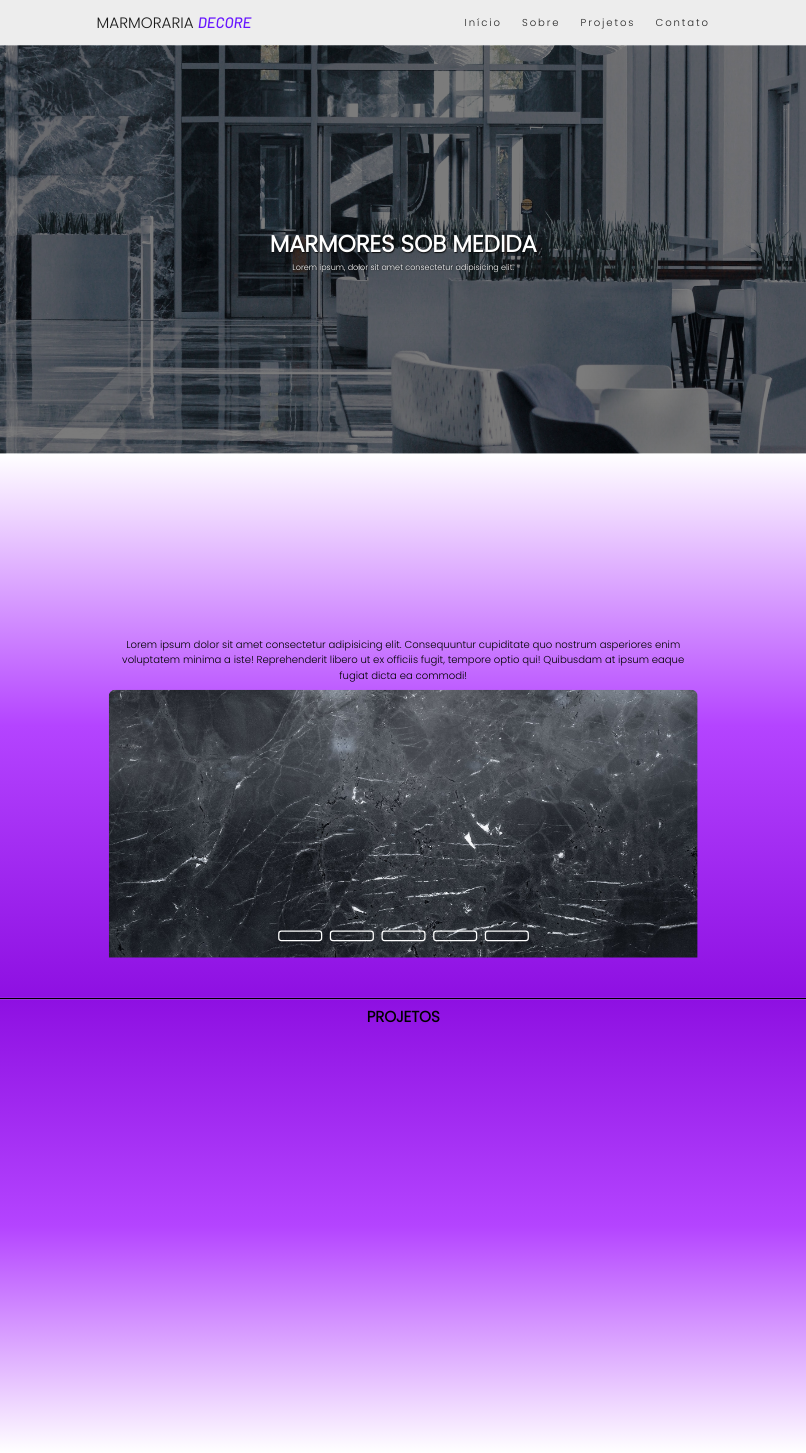
Repository: XFERRER7/projeto-xt7
Page: projetoMarmoraria/index.html
These files come from the project's save history. The page is drawn as it stood at one moment and after the next save; the edit follows.
The browser window is 1280 px wide. The pictures show the whole page, at 63% of full size.

Above is the page before, as saved 2022-04-21 17:09:36.

### projetoMarmoraria/index.html
<!DOCTYPE html>
<html lang="pt-br">

<head>
  <meta charset="UTF-8">
  <meta http-equiv="X-UA-Compatible" content="IE=edge">
  <meta name="viewport" content="width=device-width, initial-scale=1.0">
  <title>Marmoraria Decore</title>
  <link rel="stylesheet" href="css/style.css">

</head>

<body>
  <header>
    <nav>
      <a class="logo" href="#">MARMORARIA <span id="decore">DECORE</span></a>
      <div class="mobile-menu">
        <div class="line1"></div>
        <div class="line2"></div>
        <div class="line3"></div>
      </div>
      <ul class="nav-list">
        <li><a href="#">Início</a></li>
        <li><a href="#">Sobre</a></li>
        <li><a href="#">Projetos</a></li>
        <li><a href="#">Contato</a></li>
      </ul>
    </nav>
    <div class="hero-section">
      <div class="hero-section-text">
        <h1 id="titulo-header">MARMORES SOB MEDIDA</h1>
        <p id="paragrafo-header">Lorem ipsum, dolor sit amet consectetur adipisicing elit.</p>
      </div>
    </div>
  </header>
  <main>
    <section class="section-a">

    </section>

    <div id="divisa"></div>

    <section class="section-b">
      <h1 id="section-a-h1">PROJETOS</h1>
      <div class="content">
        <p class="desc" id="descricao">Lorem ipsum dolor sit amet consectetur adipisicing elit. Consequuntur cupiditate quo nostrum asperiores enim voluptatem minima a iste! Reprehenderit libero ut ex officiis fugit, tempore optio qui! Quibusdam at ipsum eaque fugiat dicta ea commodi!</p>
        <div class="slides">
          <input type="radio" name="slide" id="slide1" checked>
          <input type="radio" name="slide" id="slide2">
          <input type="radio" name="slide" id="slide3">
          <input type="radio" name="slide" id="slide4">
          <input type="radio" name="slide" id="slide5">
          <div class="slide s1">
            <img src="./img/2.jpg" alt="img-1">
          </div>
          <div class="slide">
            <img src="./img/1.jpg" alt="img-2">
          </div>
          <div class="slide">
            <img src="./img/3.jpg" alt="img-3">
          </div>
          <div class="slide">
            <img src="./img/4.jpg" alt="img-4">
          </div>
          <div class="slide">
            <img src="./img/5.jpg" alt="img-5">
          </div>
        </div>
        <div class="navigation">
          <!-- Aqui ficará os labels para selecionar os inputs das imagens-->
          <label class="bar" id="lbl1" for="slide1" onclick="mudarTextoLbl1()"></label>
          <label class="bar" id="lbl2" for="slide2" onclick="mudarTextoLbl2()"></label>
          <label class="bar" id="lbl3" for="slide3" onclick="mudarTextoLbl3()"></label>
          <label class="bar" id="lbl4" for="slide4" onclick="mudarTextoLbl4()"></label>
          <label class="bar" id="lbl5" for="slide5" onclick="mudarTextoLbl5()"></label>
        </div>
      </div>
    </section>

  </main>




  <script src="js/menu-bar.js"></script>
  <script src="js/changeText.js"></script>

  <footer>

  </footer>
</body>

</html>

### projetoMarmoraria/css/style.css
@import url('https://fonts.googleapis.com/css2?family=Poppins:ital,wght@0,300;1,100&display=swap');
@import url('https://fonts.googleapis.com/css2?family=Barlow:ital,wght@1,500&display=swap');
* {
    margin: 0;
    padding: 0;
    box-sizing: border-box;
    font-family: 'Poppins', sans-serif;
}

::-webkit-scrollbar {
  width: 15px;
}

::-webkit-scrollbar-track {
  background: #ffffff;

}

::-webkit-scrollbar-thumb {
  background: rgb(154, 2, 255);
  border-radius: 3px;
}

/*----------------------------------MENU-BAR----------------------------------*/
a {
  color: rgb(37, 37, 37);
  text-decoration: none;
  transition: 0.8s;
}

a:hover {
  color: blue;
  opacity: 0.7;
}

.logo {
  font-size: 1.5em;
  text-transform: uppercase;
  color: rgb(26, 26, 26);
}

#decore {
  font-family: 'Barlow', sans-serif;
  color: #6817ff;
}

nav {
  display: flex;
  justify-content: space-around;
  align-items: center;
  font-family: 'Poppins', sans-serif;
  background: #ededed;
  height: 10vh;
}


.nav-list {
  list-style: none;
  display: flex;
}

.nav-list li {
  letter-spacing: 3px;
  margin-left: 32px;
}

.mobile-menu {
  display: none;
  cursor: pointer;
}

.mobile-menu div {
  width: 32px;
  height: 2px;
  background: rgb(20, 24, 255);
  margin: 8px;
  transition: 0.3s;
}

@media (max-width: 999px) {
  body {
    overflow-x: hidden;
  }

  .logo {
    font-size: 1.8rem;
  }

  .nav-list {
    overflow-x: hidden;
    position: fixed;
    top: 10vh;
    right: 0;
    width: 50vw;
    height: 40vh;
    background: #ededed;
    flex-direction: column;
    align-items: center;
    justify-content: space-around;
    transform: translateX(100%);
    transition: transform 0.3s ease-in;
  }
  .nav-list li {
    margin-left: 0;
    opacity: 0;
  }
  .mobile-menu {
    display: block;
  }
}

.nav-list.active {
  transform: translateX(0);
}

@keyframes navLinkFade {
  from {
    opacity: 0;
    transform: translateX(50px);
  }
  to {
    opacity: 1;
    transform: translateX(0);
  }
}

.mobile-menu.active .line1 {
  transform: rotate(-45deg) translate(-8px, 8px);
}

.mobile-menu.active .line2 {
  opacity: 0;
}

.mobile-menu.active .line3 {
  transform: rotate(45deg) translate(-5px, -7px);
}

/*------------------------------IMAGEM DO HEADER------------------------------*/
.hero-section {
  background-image: linear-gradient(to bottom, rgba(0, 0, 0, 0.516),rgba(0, 0, 0, 0.516)), url(../img/img-header.jpg);
  background-position: 50%;
  background-repeat: no-repeat;
  background-size: cover;
  height: 90vh;
  text-align: center;
  display: -webkit-flex;
  display: -ms-flexbox;
  display: flex;
  -webkit-align-items: center;
      -ms-flex-align: center;
          align-items: center;
  -webkit-justify-content: center;
      -ms-flex-pack: center;
          justify-content: center;
}

#titulo-header {
  font-size: 2.3rem;
}

#paragrafo-header {
  font-size: 0.8rem;
}

.hero-section .hero-section-text {
  color: #fefefe;
  text-shadow: 1px 1px 2px #0a0a0a;
}


main {
  margin: 0;
  padding: 0;
  height: 150vh;
  width: 100%;
  position: absolute;
}

/*------------------------------------Sobre------------------------------------*/



















/*------------------------------Slider de imagens------------------------------*/

.section-a {
  height: 120vh;
  background-image: linear-gradient(to bottom, #fff, rgb(180, 68, 255), rgb(142, 16, 226));
  position: relative;
}

#section-a-h1 {
  text-align: center;
  padding-top: 10px;
}

.content {
  height: 520px;
  width: 935px;
  overflow: hidden;
  position: absolute;
  top: 50%;
  left: 50%;
  transform: translate(-50%, -50%);
}

.desc {
  text-align: center;
  padding: 10px;
}

.navigation {
  position: absolute;
  bottom: 20px;
  left: 50%;
  transform: translate(-50%);
  display: flex;
}

.bar {
  width: 70px;
  height: 17px;
  border: 2px solid rgb(255, 255, 255);
  margin: 6px;
  border-radius: 5px;
  cursor: pointer;
  transition: .4s;
}

.bar:hover {
  background: #fff;
}

input {
  display: none;
}

.slides {
  display: flex;
  width: 500%;
  height: 100%;
}

.slide {
  width: 20%;
  transition: .6s;
}

.slide img {
  width: 100%;
  height: 100%;
  border-radius: 10px;
}

#slide1:checked ~ .s1 {
  margin-left: 0;
}

#slide2:checked ~ .s1 {
  margin-left: -20%;
}

#slide3:checked ~ .s1 {
  margin-left: -40%;
}

#slide4:checked ~ .s1 {
  margin-left: -60%;
}

#slide5:checked ~ .s1 {
  margin-left: -80%;
}

@media (max-width: 999px) {

  .content {
    margin-top: -350px;
    width: 100%;

  }



}

#divisa {
  height: 2px;
  background-color: #000000;
}

.section-b {
  height: 100vh;
  background-image: linear-gradient(to top, #fff, rgb(180, 68, 255), rgb(142, 16, 226));
}

### projetoMarmoraria/js/menu-bar.js
class MobileNavbar {
  constructor(mobileMenu, navList, navLinks) {
    this.mobileMenu = document.querySelector(mobileMenu);
    this.navList = document.querySelector(navList);
    this.navLinks = document.querySelectorAll(navLinks);
    this.activeClass = "active";

    this.handleClick = this.handleClick.bind(this);
  }

  animateLinks() {
    this.navLinks.forEach((link, index) => {
      link.style.animation
        ? (link.style.animation = "")
        : (link.style.animation = `navLinkFade 0.5s ease forwards ${
            index / 7 + 0.3
          }s`);
    });
  }

  handleClick() {
    this.navList.classList.toggle(this.activeClass);
    this.mobileMenu.classList.toggle(this.activeClass);
    this.animateLinks();
  }

  addClickEvent() {
    this.mobileMenu.addEventListener("click", this.handleClick);
  }

  init() {
    if (this.mobileMenu) {
      this.addClickEvent();
    }
    return this;
  }
}

const mobileNavbar = new MobileNavbar(
  ".mobile-menu",
  ".nav-list",
  ".nav-list li",
);
mobileNavbar.init();

### projetoMarmoraria/js/changeText.js
function mudarTextoLbl1() {
  document.getElementById('descricao').textContent = "Lorem ipsum dolor sit amet consectetur adipisicing elit. Hic, nisi exercitationem harum officia facilis nihil vitae eligendi provident architecto quis quod unde quas incidunt assumenda corporis iste repudiandae esse voluptatibus?";
}
function mudarTextoLbl2() {
  document.getElementById('descricao').textContent = "Lorem ipsum dolor sit, amet consectetur adipisicing elit. Sapiente distinctio ipsa incidunt non exercitationem laboriosam animi id accusamus placeat, commodi, veniam rerum ut! Fugiat tenetur unde nihil minima fuga veniam odio nulla pariatur eum reiciendis.";
}
function mudarTextoLbl3() {
  document.getElementById('descricao').textContent = "Lorem ipsum dolor sit amet consectetur adipisicing elit. Quas nisi saepe nobis? Maxime blanditiis illo animi tempora maiores expedita qui eum, iusto, ratione odit quia repellendus delectus voluptate nobis nam tenetur, officiis magnam quisquam fugiat dicta nisi id natus. Magnam.";
}
function mudarTextoLbl4() {
  document.getElementById('descricao').textContent = "Lorem ipsum dolor sit amet, consectetur adipisicing elit. Quos eius dolor libero iste impedit nesciunt animi totam corporis id quod.";
}
function mudarTextoLbl5() {
  document.getElementById('descricao').textContent = "Lorem ipsum dolor sit amet, consectetur adipisicing elit. Obcaecati nulla quos quia? Consectetur laudantium illum asperiores excepturi. Itaque ab, rem tempore ullam, fugit aspernatur est alias quaerat expedita nulla, unde recusandae dolore quidem reiciendis atque?";
}

After the next save:
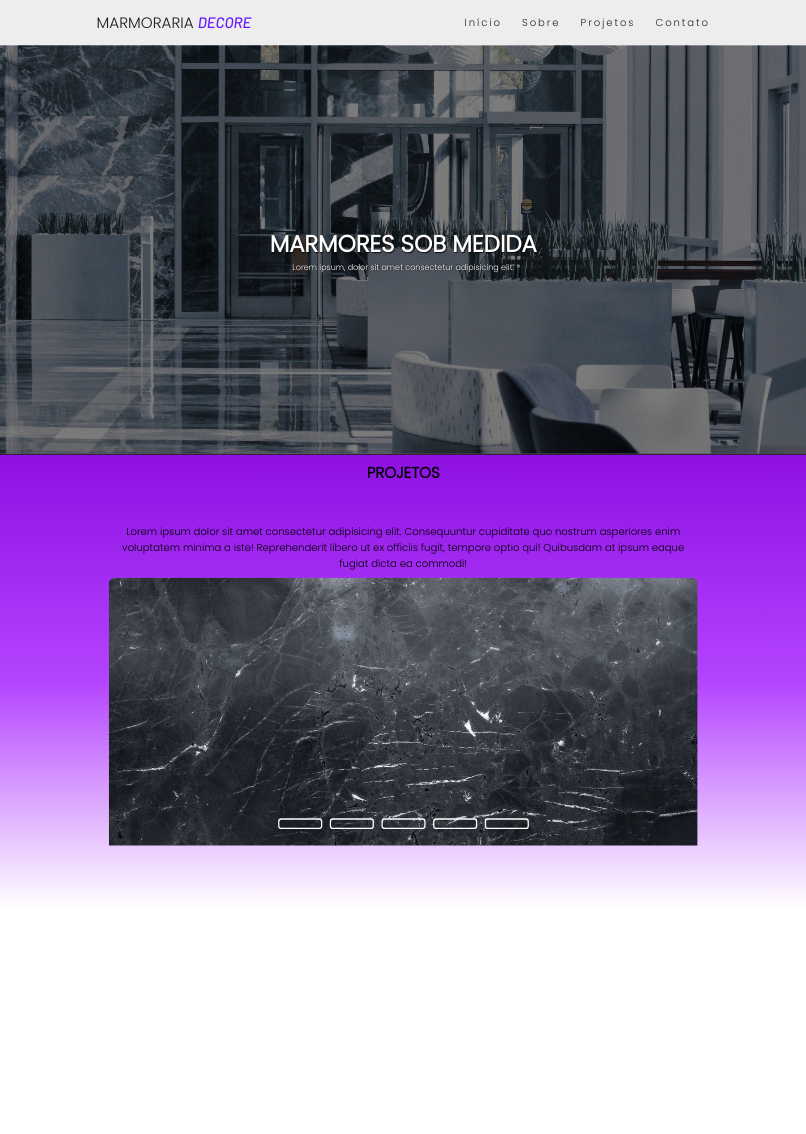
Saved 8 s later.
--- a/projetoMarmoraria/css/style.css
+++ b/projetoMarmoraria/css/style.css
@@ -199,7 +199,7 @@
 
 /*------------------------------Slider de imagens------------------------------*/
 
-.section-a {
+.section-b {
   height: 120vh;
   background-image: linear-gradient(to bottom, #fff, rgb(180, 68, 255), rgb(142, 16, 226));
   position: relative;

After the save that followed:
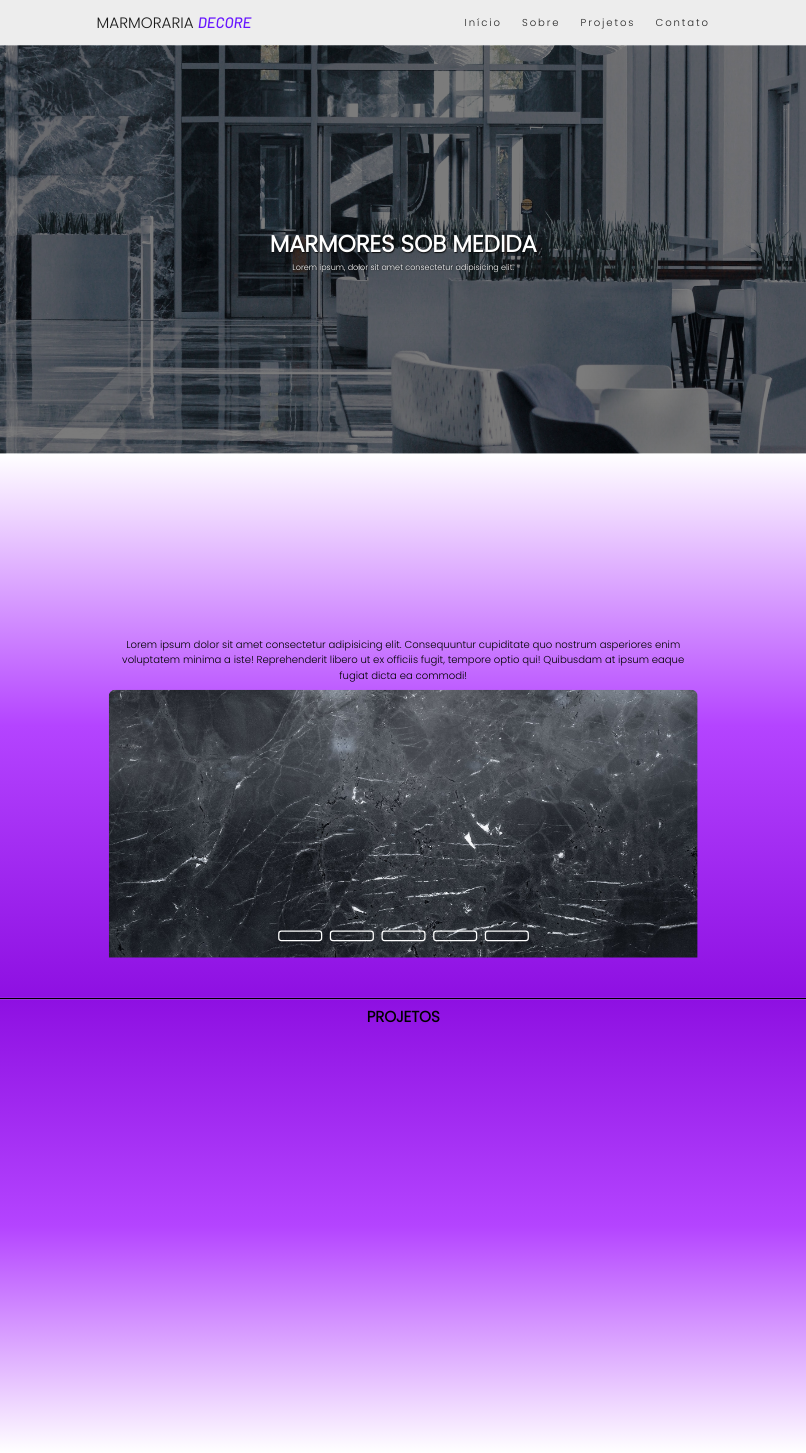
Saved 21 s later.
--- a/projetoMarmoraria/css/style.css
+++ b/projetoMarmoraria/css/style.css
@@ -199,7 +199,7 @@
 
 /*------------------------------Slider de imagens------------------------------*/
 
-.section-b {
+.section-a {
   height: 120vh;
   background-image: linear-gradient(to bottom, #fff, rgb(180, 68, 255), rgb(142, 16, 226));
   position: relative;
@@ -260,6 +260,7 @@
 .slide {
   width: 20%;
   transition: .6s;
+  border-radius: 10px;
 }
 
 .slide img {
